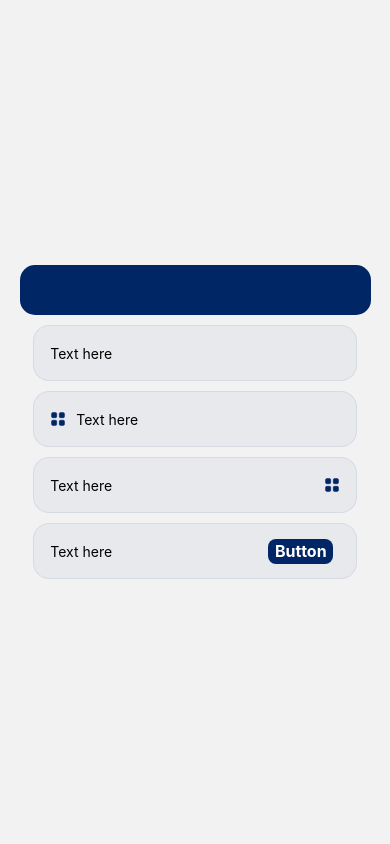
Repository: hungdomanh95/setuptheme
Screen: /
The author's editor kept a copy of each file at every save. The screen is drawn from the files as they stood at one save, then again after the next save.
The app was drawn by React Native's web renderer in a window 390 px wide. The project was rebuilt for these pictures with package versions that can differ from the ones it lists, and the page was loaded fresh each time. Also part of the build but not shown: src/components/Fade/index.js, src/components/Slide/index.js, src/components/RNCheckbox/index.js.

Above is the screen before, as saved 2022-05-17 18:18:22.

### App.js
import {View, Text} from 'react-native';
import React from 'react';
import RootNavigation from './src/navigation/rootNavigation';

const App = () => {
  return <RootNavigation />;
};

export default App;

### src/navigation/rootNavigation.js
import React from 'react'
import {NavigationContainer} from '@react-navigation/native';
import {createNativeStackNavigator} from '@react-navigation/native-stack';
import {
  HomeScreen,
} from '../screens';
import { SafeAreaProvider } from 'react-native-safe-area-context';

const Stack = createNativeStackNavigator();
const RootNavigation = () => {
  const screenOptions = {
    headerTransparent: true,
    headerShown: false,
  };
  const stackOption = {
    headerShown: true,
    headerBackTitle: '',
    headerTitle: '',
  };
  return (
    <SafeAreaProvider>
      <NavigationContainer>
        <Stack.Navigator screenOptions={screenOptions}>
          <Stack.Screen name="HomeScreen" component={HomeScreen} />
        </Stack.Navigator>
      </NavigationContainer>
    </SafeAreaProvider>
  );
};

export default RootNavigation;

### src/screens/index.js
import HomeScreen from './HomeScreen';
export {HomeScreen};

### src/screens/HomeScreen/index.js
import {View, StyleSheet} from 'react-native';
import React from 'react';
import {COLOR} from '../../theme';
import {Button, CheckBox, Input} from '../../components';
const icon = require("../../assets/icon/Categary.png")

const HomeScreen = () => {
  const handle = () => {
    console.log("=====--------");
  }
  return (
    <View style={styles.container}>
      {/* <Button text="Button" type={'primary'} size={'fullsize'} />
      <Button text="Button" type={'danger'} size={'medium'} />
      <Button text="Button" type={'success'} size={'small'} />
      <Button text="Button" type={'warning'} size={80} />
      <Button
        text="Button"
        type={'primary'}
        size={'fullsize'}
        disabled={true}
      />
      <Button text="Button" color={COLOR.neural8} colorText={COLOR.neural} />

      <CheckBox /> */}
      <Button

      />
      <Input placeholder="Text here"/>
      <Input placeholder="Text here" iconLeft={icon} />
      <Input placeholder="Text here" iconRight={icon} />
      <Input placeholder="Text here" onPress={handle} />
    </View>
  );
};

export default HomeScreen;
const styles = StyleSheet.create({
  container: {
    flex: 1,
    justifyContent: 'center',
    alignItems: 'center',
  },
});

### src/theme/index.js
import {StyleSheet, Dimensions} from 'react-native';
const {width, height} = Dimensions.get('window');
const width_design = 375;
export const SIZE = {
  width,
  height,
  spacing: 16,
  spacing10:10,
  icon: 24,
  iconInput:16,
  btn1: (width * 343) / width_design,
  btn2: (width * 196) / width_design,
  btn3: (width * 160) / width_design,
  checkbox: 25,
  input1:(width * 311) / width_design
};
export const COLOR = {
  primary: '#002665',
  primary80: 'rgba(0, 38, 101, 0.8)',
  primary60: 'rgba(0, 38, 101, 0.6)',
  primary40: 'rgba(0, 38, 101, 0.4)',
  primary24: 'rgba(0, 38, 101, 0.24)',
  primary16: 'rgba(0, 38, 101, 0.16)',
  primary8: 'rgba(0, 38, 101, 0.08)',
  primary4: 'rgba(0, 38, 101, 0.04)',
  secondary: '#2567F9',
  secondary50: '#0077FF',
  secondary40: 'rgba(0, 119, 255, 0.4)',
  secondary24: 'rgba(0, 119, 255, 0.24)',
  secondary16: 'rgba(0, 119, 255, 0.16)',
  secondary8: 'rgba(0, 119, 255, 0.08)',
  white: '#FFFFFF',
  white64: 'rgba(255,255,255,0.64)',
  white40: 'rgba(255,255,255,0.4)',
  white24: 'rgba(255,255,255,0.24)',
  white16: 'rgba(255,255,255,0.16)',
  white8: 'rgba(255,255,255,0.08)',
  white4: 'rgba(255,255,255,0.04)',
  yellow: '#FDBE01',
  yellow80: 'rgba(253, 190, 1, 0.8)',
  yellow40: 'rgba(253, 190, 1, 0.4)',
  yellow16: 'rgba(253, 190, 1, 0.16)',
  red: '#DA000B',
  red80: 'rgba(227, 38, 46, 0.8)',
  red40: 'rgba(227, 38, 46, 0.4)',
  red16: 'rgba(227, 38, 46, 0.16)',
  gray: '#6D7E92',
  gray40: '#7689A2',
  gray24: '#B3BDCB',
  gray16: '#DADFE6',
  gray8: '#F9FAFD',
  green: '#18A348',
  green50: '#25C26E',
  green40: 'rgba(37, 194, 110, 0.4)',
  green24: 'rgba(37, 194, 110, 0.24)',
  neural: '#FFB200',
  neural80: 'rgba(255, 178, 0, 0.8)',
  neural40: 'rgba(255, 178, 0, 0.4)',
  neural24: 'rgba(255, 178, 0, 0.24)',
  neural16: 'rgba(255, 178, 0, 0.16)',
  neural8: 'rgba(255, 178, 0, 0.08)',
  orange: '#F44B02',
  orange80: 'rgba(244, 75, 2, 0.8)',
  orange40: 'rgba(244, 75, 2, 0.4)',
  orange8: '#FFECE3',
  infor: '#0289F4',
  infor80: 'rgba(2, 137, 244, 0.8)',
  infor40: 'rgba(2, 137, 244, 0.4)',
  infor10: 'rgba(2, 137, 244, 0.1)',
};
export const TEXT = StyleSheet.create({
  h1: {
    fontSize: 22,
    lineHeight: 33,
  },
  h2: {
    fontSize: 20,
    lineHeight: 30,
  },
  h3: {
    fontSize: 18,
    lineHeight: 27,
  },
  fz16: {
    fontSize: 16,
    lineHeight: 24,
  },
  fz14: {
    fontSize: 14,
    lineHeight: 21,
  },
  fz12: {
    fontSize: 12,
    lineHeight: 18,
  },
  fz10: {
    fontSize: 10,
    lineHeight: 15,
  },
  bold: {
    fontWeight: '700',
  },
  medium: {
    fontWeight: '500',
  },
  regular: {
    fontWeight: '400',
  },
});
export const SHADOWS = StyleSheet.create({
  sh: {
    backgroundColor: '#FFFFFF',
    shadowColor: 'rgba(0, 38, 101, 0.1)',
    shadowOffset: {
      width: 0,
      height: 2,
    },
    shadowOpacity: 2,
    shadowRadius: 5,
    elevation: 5,
  },
});

### src/components/index.js
import Fade from './Fade';
import Slide from './Slide';
import Button from './RNButton';
import CheckBox from './RNCheckbox';
import Input from './Input';
import ButtonInput from './RNButton/ButtonInput';
export {Fade, Slide, Button, CheckBox, Input,ButtonInput};

### src/components/RNButton/index.js
import {StyleSheet, Text, View, TouchableOpacity} from 'react-native';
import React, {useEffect} from 'react';
import {COLOR, SIZE, TEXT} from '../../theme';

const RNButton = props => {
  const {text, type, size, onPress, disabled} = props;

  const colorBTN = () => {
    let colorBtn = COLOR.primary
    if (disabled) colorBtn = COLOR.primary8;
    else if (type === 'success') colorBtn = COLOR.green;
    else if (type === 'warning') colorBtn = COLOR.neural;
    else if (type === 'danger') colorBtn = COLOR.red;
    else if (type === 'primary') colorBtn = COLOR.primary;
    else if (props.color) colorBtn = props.color;
    return colorBtn;
  };
  const sizeBTN = () => {
    let sizeBtn = "90%";
    if (size === 'fullsize') sizeBtn = SIZE.btn1;
    else if (size === 'medium') sizeBtn = SIZE.btn2;
    else if (size === 'small') sizeBtn = SIZE.btn3;
    else if (typeof size == 'number') sizeBtn = size;
    return sizeBtn;
  };
  const colorText = () => {
    let colorText = COLOR.white;
    if (disabled) colorText = COLOR.primary24;
    else if (props.colorText) colorText = props.colorText;
    return colorText;
  };
  const styles = styleWithProps(props, colorBTN(), sizeBTN(), colorText());
  return (
    <TouchableOpacity
      style={styles.container}
      onPress={onPress}
      disabled={disabled}>
      <Text style={styles.text}>{text}</Text>
    </TouchableOpacity>
  );
};

const styleWithProps = (props, color, size, colorText) => {
  return StyleSheet.create({
    container: {
      width: size,
      height: 50,
      justifyContent: 'center',
      alignItems: 'center',
      backgroundColor: color,
      borderRadius: 15,
      marginVertical: 5,
      ...props.style,
    },
    text: {
      color: colorText,
      ...TEXT.fz16,
      ...TEXT.bold,
    },
  });
};
export default RNButton;

### src/components/Input/index.js
import {StyleSheet, Text, View, TextInput, Image} from 'react-native';
import React from 'react';
import {COLOR, SIZE} from '../../theme';
import ButtonInput from '../RNButton';
const Input = props => {
  const {placeholder, iconLeft, iconRight, onChangeText, value, onPress} = props;
  const styles = styleWithProps(props);
  return (
    <View style={styles.container}>
      {iconLeft && <Image source={iconLeft} style={styles.iconLeft} />}
      <TextInput
        placeholder={placeholder || 'Text here'}
        onChangeText={onChangeText}
        value={value}
      />
      {onPress && <ButtonInput onPress={onPress} type={'input'} style={{width:65, height:25, borderRadius:8}} text="Button" />}
      {iconRight && <Image source={iconRight} style={styles.iconRight} />}
    </View>
  );
};

const styleWithProps = props =>
  StyleSheet.create({
    container: {
      borderWidth: 1,
      borderColor: COLOR.primary8,
      width: SIZE.input1,
      height: 56,
      borderRadius: 16,
      backgroundColor: COLOR.primary4,
      paddingLeft: SIZE.spacing,
      paddingRight:SIZE.spacing + SIZE.iconInput,
      // paddingHorizontal: SIZE.spacing + SIZE.iconInput + SIZE.spacing10,
      flexDirection: 'row',
      alignItems: 'center',
      marginVertical: 5,
      ...props.style,
    },
    iconLeft: {
      width: SIZE.iconInput,
      height: SIZE.iconInput,
      marginRight: SIZE.spacing10,
    },
    iconRight: {
      width: SIZE.iconInput,
      height: SIZE.iconInput,
      position: 'absolute',
      right: SIZE.spacing,
    },
  });
export default Input;

### src/components/RNButton/ButtonInput.js
import {StyleSheet, Text, View, TouchableOpacity} from 'react-native';
import React, {useEffect} from 'react';
import {COLOR, SIZE, TEXT} from '../../theme';

const ButtonInput = props => {
  const {text,onPress, disabled} = props;

  const styles = styleWithProps(props);
  return (
    <TouchableOpacity
      style={styles.container}
      onPress={onPress}
      disabled={disabled}>
      <Text style={styles.text}>{text}</Text>
    </TouchableOpacity>
  );
};

const styleWithProps = (props) => {
  return StyleSheet.create({
    container: {
      width: 65,
      height: 25,
      justifyContent: 'center',
      alignItems: 'center',
      borderRadius: 8,
      ...props.style,
    },
    text: {
      color: COLOR.white,
      ...TEXT.fz14,
      ...TEXT.medium,
    },
  });
};
export default ButtonInput;

After the next save:
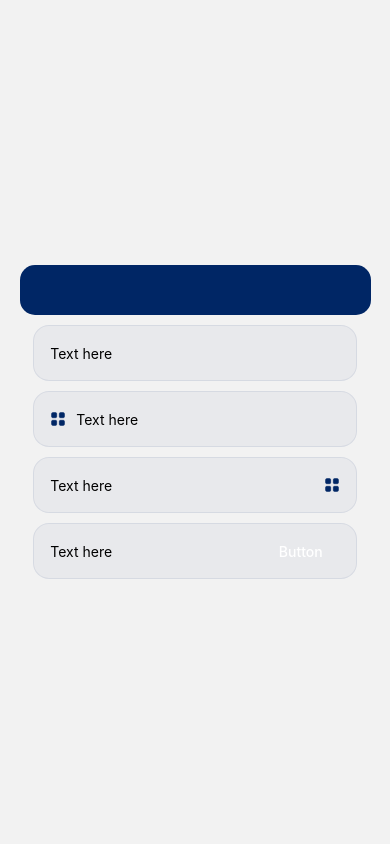
Saved 7 s later.
--- a/src/components/Input/index.js
+++ b/src/components/Input/index.js
@@ -1,7 +1,7 @@
 import {StyleSheet, Text, View, TextInput, Image} from 'react-native';
 import React from 'react';
 import {COLOR, SIZE} from '../../theme';
-import ButtonInput from '../RNButton';
+import ButtonInput from '../RNButton/ButtonInput';
 const Input = props => {
   const {placeholder, iconLeft, iconRight, onChangeText, value, onPress} = props;
   const styles = styleWithProps(props);
